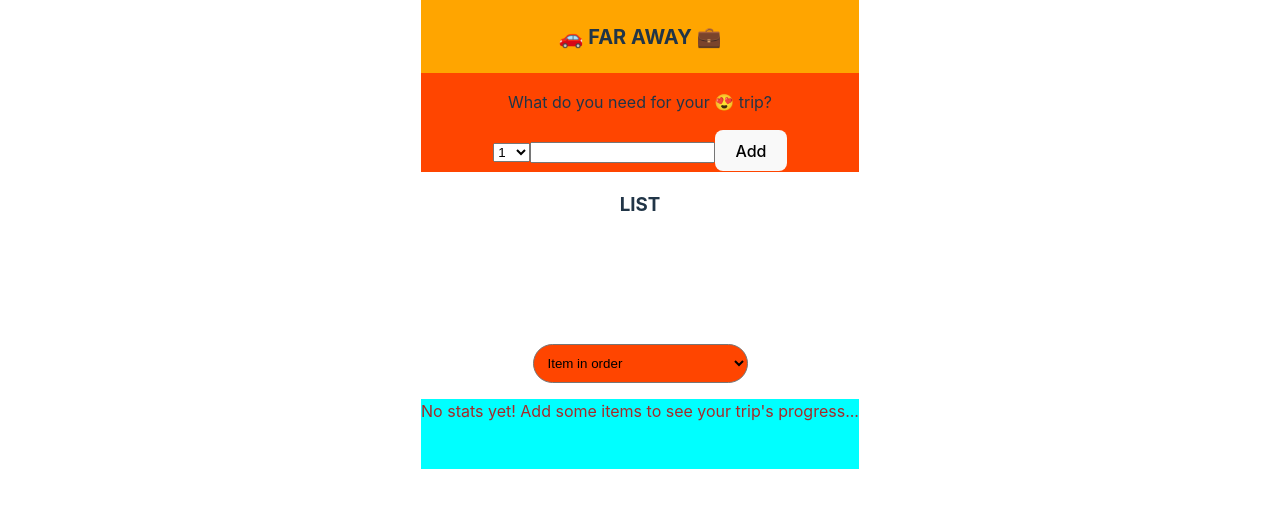
Repository: Celebration-cloud/Trip-Add-To-List
Page: /
An editor plug-in stored every save of this project. The page is shown before and after the next save, followed by the edit.
The browser window is 1280 px wide. The pictures show the whole page.
The project was rebuilt for these pictures with package versions that can differ from the ones it lists, and the page was loaded fresh each time. Also part of the build but not shown: vite.config.js.

Above is the page before, as saved 2023-10-29 17:25:47.

After the next save:
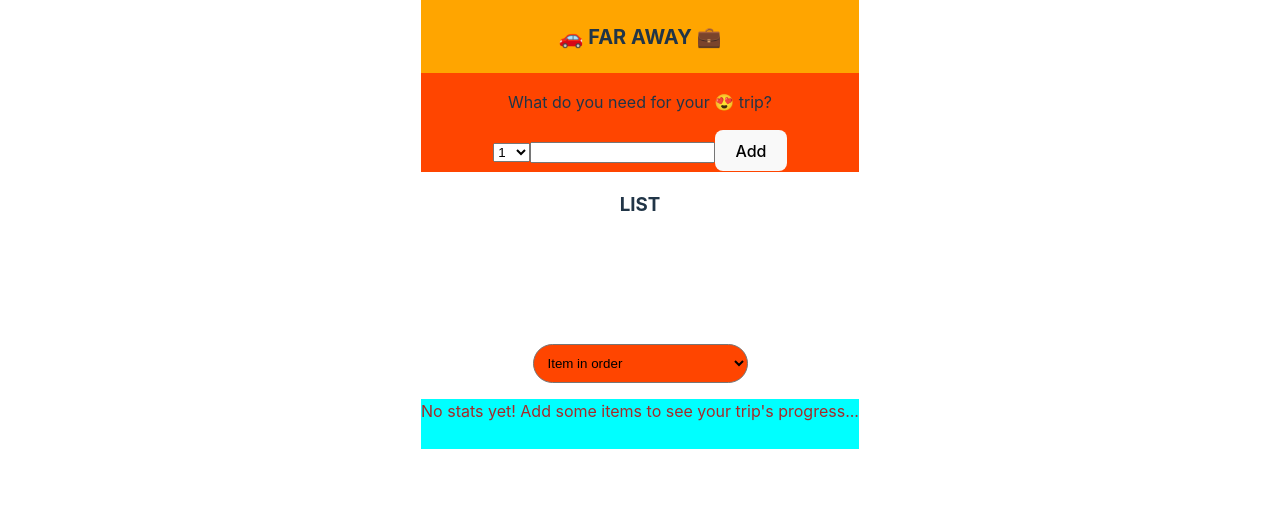
Saved 11 s later.
--- a/src/Trip-List/TripList.css
+++ b/src/Trip-List/TripList.css
@@ -7,7 +7,7 @@
     position: relative;
     background-color: aqua;
     color: brown;
-    height: 70px;
+    height: 50px;
     bottom: 0px;
     width: 100%;
 }
